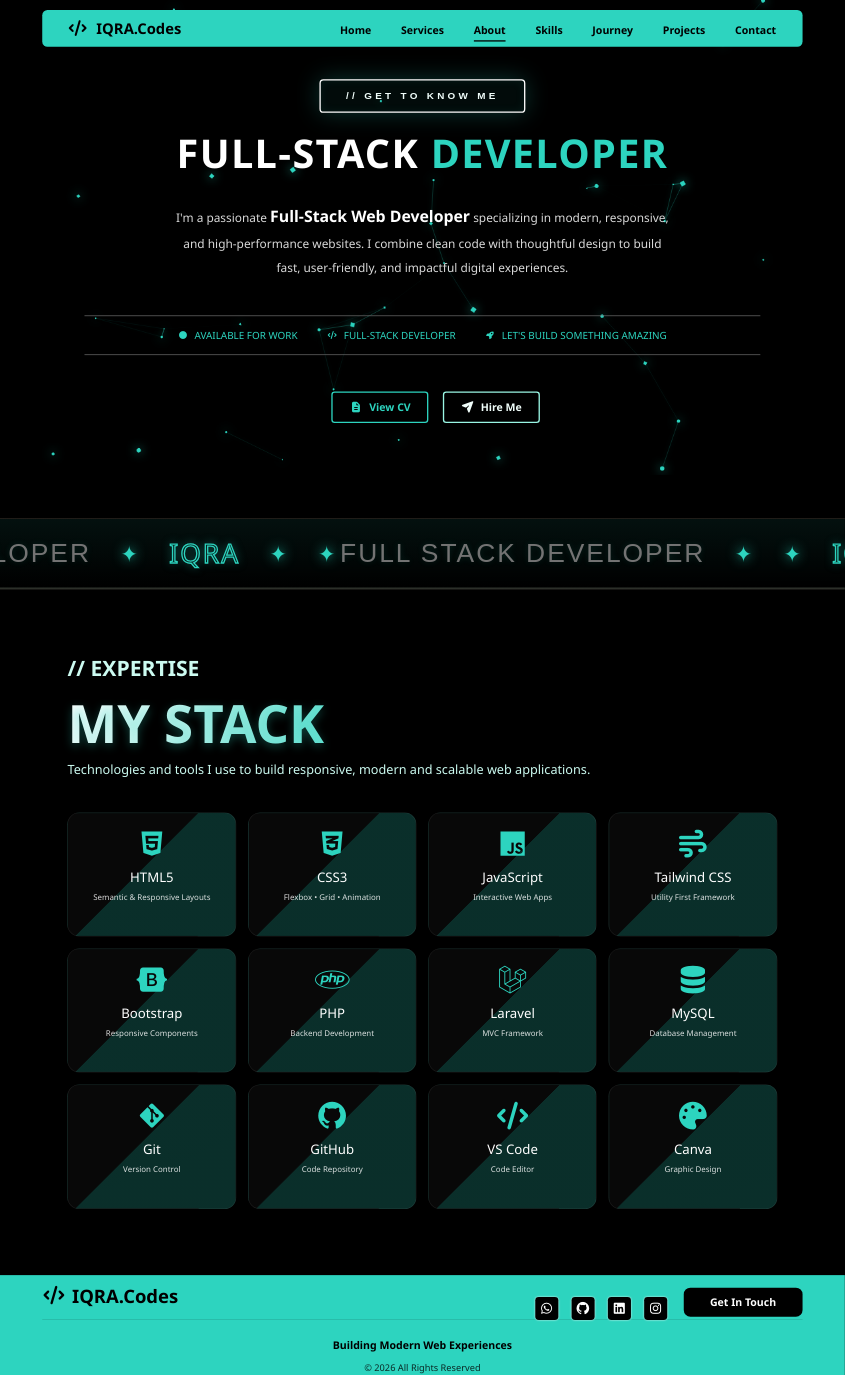
Repository: Iqra-Codes-Dev/responsive-portfolio-website
Page: about.html
The author's editor kept a copy of each file at every save. The page is drawn from the files as they stood at one save, then again after the next save.
The browser window is 1280 px wide. The pictures show the whole page, at 66% of full size.
Some web libraries are served in a nearby version.

Above is the page before, as saved 2026-08-03 00:41:05.
Console error: ReferenceError: emailjs is not defined

### about.html
<!doctype html>
<html lang="en">
  <head>
    <!-- ========================================== -->
    <!--          METADATA & STYLESHEETS            -->
    <!-- ========================================== -->
    <meta charset="UTF-8" />
    <meta name="viewport" content="width=device-width, initial-scale=1.0" />
    <link
      rel="stylesheet"
      href="https://cdnjs.cloudflare.com/ajax/libs/font-awesome/7.0.1/css/all.min.css"
    />
    <link href="https://unpkg.com/aos@2.3.1/dist/aos.css" rel="stylesheet" />
    <link
      rel="stylesheet"
      href="https://cdnjs.cloudflare.com/ajax/libs/font-awesome/7.0.1/css/all.min.css"
    />
    <link
      href="https://cdn.jsdelivr.net/npm/bootstrap@5.3.3/dist/css/bootstrap.min.css"
      rel="stylesheet"
    />
    <link rel="stylesheet" href="style.css" />
    <title>Hafiza Iqra — Full-Stack Web Developer</title>
  <link rel="icon" type="image/png" href="assest/download.png">
  </head>
  <body>
    <!-- ========================================== -->
    <!--          BACKGROUND CANVAS & NAVBAR        -->
    <!-- ========================================== -->
    <canvas id="networkCanvas"></canvas>
    <div id="navbar"></div>

    <!-- ========================================== -->
    <!--               HEADER SECTION               -->
    <!-- ========================================== -->
    <header data-aos="fade-down" data-aos-duration="700" data-aos-delay="200">
      <a href="index.html" class="logo">
        <i class="fas fa-code logo-icon"></i>
        <span class="logo-text">IQRA.Codes</span>
      </a>

      <div class="menu-toggle" id="mobile-menu">
        <i class="fa-solid fa-bars"></i>
      </div>

 <nav>
  <div class="close-btn" id="close-menu">
  </div>

    <ul id="nav-list">
    <li><a href="index.html">Home</a></li>
    <li><a href="index.html#services">Services</a></li>
    <li><a href="about.html" class="active">About</a></li>
    <li><a href="about.html#skills">Skills</a></li>
    <li><a href="journey.html">Journey</a></li>
    <li><a href="journey.html#projects">Projects</a></li>
    <li><a href="contact.html">Contact</a></li>
  </ul>

</nav>
    </header>
<!-- // ===============navbar ===================== -->
 <script>
   const mobileMenu = document.getElementById('mobile-menu');
const menuIcon = mobileMenu.querySelector('i');
const nav = document.querySelector('nav');
const navLinks = document.querySelectorAll('nav ul li a');

mobileMenu.addEventListener('click', () => {
    nav.classList.toggle('active');

    if (nav.classList.contains('active')) {
        menuIcon.classList.remove('fa-bars');
        menuIcon.classList.add('fa-xmark');
    } else {
        menuIcon.classList.remove('fa-xmark');
        menuIcon.classList.add('fa-bars');
    }
});

navLinks.forEach(link => {
    link.addEventListener('click', () => {
        nav.classList.remove('active');
        menuIcon.classList.remove('fa-xmark');
        menuIcon.classList.add('fa-bars');
    });
});
 </script>

   <!-- ========================================== -->
<!--                ABOUT SECTION               -->
<!-- ========================================== -->

<section class="about-section" id="about">

    <div class="section-tag"
        data-aos="fade-down"
        data-aos-duration="800">
        // GET TO KNOW ME
    </div>

    <div class="header-container"
        data-aos="fade-up"
        data-aos-duration="900">

        <h2 class="about-title">
            FULL-STACK <span>DEVELOPER</span>
        </h2>

    </div>

    <p class="about-text"
        data-aos="fade-up"
        data-aos-duration="1000">

I'm a passionate <strong>Full-Stack Web Developer</strong> specializing in modern, responsive, and high-performance websites. I combine clean code with thoughtful design to build fast, user-friendly, and impactful digital experiences.

    </p>

    <div class="status-bar">

        <span>
            <i class="fas fa-circle"></i>
            AVAILABLE FOR WORK
        </span>

        <span>
            <i class="fas fa-code"></i>
            FULL-STACK DEVELOPER
        </span>

        <span>
            <i class="fas fa-rocket"></i>
            LET'S BUILD SOMETHING AMAZING
        </span>

    </div>

    <div class="cta-buttons cl">

        <a href="assest/Iqra Resume (1).pdf" class="btn btn-primary1" target="_blank">
            <i class="fas fa-file-alt"></i>
            View CV
        </a>

        <a href="contact.html" class="btn btn-secondary1">
            <i class="fas fa-paper-plane"></i>
            Hire Me
        </a>

    </div>

</section>
</section>
   <!-- ========================================== -->
    <!--               TICKER BANNER                -->
    <!-- ========================================== -->
     <br>
 <div class="ticker-container">
  <div class="ticker-wrapper">
    <div class="ticker-item">
      FULL STACK DEVELOPER <span class="diamond">✦</span> <span class="diamond">✦</span> <span class="name">IQRA</span> <span class="diamond">✦</span>
      FULL STACK DEVELOPER <span class="diamond">✦</span> <span class="name">IQRA</span> <span class="diamond">✦</span> <span class="diamond">✦</span>
    </div>
    <div class="ticker-item">
      FULL STACK DEVELOPER <span class="diamond">✦</span> <span class="diamond">✦</span> <span class="name">IQRA</span> <span class="diamond">✦</span>
      FULL STACK DEVELOPER <span class="diamond">✦</span> <span class="name">IQRA</span> <span class="diamond">✦</span> <span class="diamond">✦</span>
    </div>
  </div>
</div>
    <!-- ========================================== -->
    <!--               SKILLS SECTION               -->
    <!-- ========================================== -->
    <section class="skills-section" id="skills">
      <div class="header-side" data-aos="fade-right"
          data-aos-duration="300"
          data-aos-delay="200">
        <h2 class="orange-text">// EXPERTISE</h2>
        <h1>MY  <span class="orange-text"> STACK</span></h1>
        <p> Technologies and tools I use to build responsive, modern and scalable web applications.</p>
      </div>

      <div class="skills-grid">
        <!-- HTML -->
        <div class="skill-card">
            <i class="fab fa-html5"></i>
            <h3>HTML5</h3>
            <p>Semantic & Responsive Layouts</p>
        </div>

        <!-- CSS -->
        <div class="skill-card">
            <i class="fab fa-css3-alt"></i>
            <h3>CSS3</h3>
            <p>Flexbox • Grid • Animation</p>
        </div>

        <!-- JavaScript -->
        <div class="skill-card"">
            <i class="fa-brands fa-js"></i>
            <h3>JavaScript</h3>
            <p>Interactive Web Apps</p>
        </div>

        <!-- Tailwind -->
        <div class="skill-card">
            <i class="fas fa-wind"></i>
            <h3>Tailwind CSS</h3>
            <p>Utility First Framework</p>
        </div>

        <!-- Bootstrap -->
        <div class="skill-card">
            <i class="fab fa-bootstrap"></i>
            <h3>Bootstrap</h3>
            <p>Responsive Components</p>
        </div>

        <!-- PHP -->
        <div class="skill-card">
            <i class="fab fa-php"></i>
            <h3>PHP</h3>
            <p>Backend Development</p>
        </div>

        <!-- Laravel -->
        <div class="skill-card">
            <i class="fab fa-laravel"></i>
            <h3>Laravel</h3>
            <p>MVC Framework</p>
        </div>

        <!-- MySQL -->
        <div class="skill-card">
            <i class="fas fa-database"></i>
            <h3>MySQL</h3>
            <p>Database Management</p>
        </div>

        <!-- Git -->
        <div class="skill-card">
            <i class="fab fa-git-alt"></i>
            <h3>Git</h3>
            <p>Version Control</p>
        </div>

        <!-- GitHub -->
        <div class="skill-card">
            <i class="fab fa-github"></i>
            <h3>GitHub</h3>
            <p>Code Repository</p>
        </div>

        <!-- VS Code -->
        <div class="skill-card">
            <i class="fas fa-code"></i>
            <h3>VS Code</h3>
            <p>Code Editor</p>
        </div>

        <!-- Canva -->
        <div class="skill-card">
            <i class="fas fa-palette"></i>
            <h3>Canva</h3>
            <p>Graphic Design</p>
        </div>
      </div>
    </section>

    <!-- ========================================== -->
    <!--               FOOTER SECTION               -->
    <!-- ========================================== -->
  <footer class="footer">

    <div class="footer-top">

        <a href="#" class="footer-logo">
            <i class="fas fa-code"></i>
            <span>IQRA.Codes</span>
        </a>

        <div class="footer-right">

            <div class="social-icon sco">

         <a href="https://web.whatsapp.com/send?phone=923047898384&text=Hello%20Hafiza%20Iqra,%20I%20visited%20your%20portfolio%20and%20would%20like%20to%20discuss%20a%20web%20development%20project." target="_blank" rel="noopener noreferrer">
    <i class="fa-brands fa-whatsapp"></i>
</a>
            <a href="https://github.com/Iqra-Codes-Dev" target="_blank"><i class="fab fa-github"></i></a>
            <a href="https://www.linkedin.com/in/iqra-shafiq-226538415/" target="_blank"><i class="fab fa-linkedin"></i></a>
            <a href="https://www.instagram.com/hafi.za526" target="_blank"><i class="fab fa-instagram"></i></a>

       </div>
             <a href="contact.html" class="hire-btn">Get In Touch</a>

        </div>

    </div>

   <div class="footer-center">



    <p>Building Modern Web Experiences</p>

    <span>© 2026 All Rights Reserved</span>

</div>

</footer>
    <!-- ========================================== -->
    <!--            SCRIPTS & INITIALIZATION        -->
    <!-- ========================================== -->

    <!-- 1. Sab se pehle EmailJS library load hogi -->
    <script src="https://cdn.jsdelivr.net/npm/@emailjs/browser@4/dist/email.min.js"></script>

    <!-- 2. Phir AOS animation library -->
    <script src="https://cdn.jsdelivr.net/npm/aos@2.3.4/dist/aos.js"></script>
   <script>
AOS.init({
    duration: 500,
    once: true,
    offset: 40
});
</script>

    <!-- 3. Aakhir mein aapka apna JavaScript code -->
    <script>
      (function () {
        emailjs.init({
          publicKey: "OnNOJI0DPhENTERJY",
        });
      })();

      function showCenterPopup(message, type) {
        const notification = document.getElementById("form-notification");
        notification.innerText = message;
        notification.className = `show ${type}`;

        // 3 seconds ke baad popup khud band ho jayega
        setTimeout(() => {
          notification.className = "";
        }, 3000);
      }

      document.addEventListener("DOMContentLoaded", function () {
        const contactForm = document.getElementById("contactForm");

        if (contactForm) {
          contactForm.addEventListener("submit", function (e) {
            e.preventDefault();

            const button = document.querySelector(".contact-submit");
            button.innerHTML = "Sending...";

            const templateParams = {
              name: document.getElementById("name").value,
              email: document.getElementById("email").value,
              location: document.getElementById("location").value,
              subject: document.getElementById("subject").value,
              message: document.getElementById("message").value,
            };

            emailjs
              .send("service_6pl0hm6", "template_5o2vfal", templateParams)
              .then(function (response) {
                console.log("SUCCESS", response);
                showCenterPopup("✅ Message Sent Successfully!", "success");
                contactForm.reset();
                button.innerHTML = `
                      Send Message
                      <i class="fa-solid fa-arrow-right"></i>
                  `;
              })
              .catch(function (error) {
                console.log("EmailJS Error:", error);
                showCenterPopup("❌ Message Failed. Try again!", "error");
                button.innerHTML = `
                      Send Message
                      <i class="fa-solid fa-arrow-right"></i>
                  `;
              });
          });
        }
      });
    </script>

    <!-- Agar aapka baaki code 'lec.js' mein hai, toh wo yahan aayega (agar upar wala code inline kar diya hai toh lec.js ki zaroorat nahi) -->
    <script src="lec.js"></script>
  </body>
</html>

Loaded but not shown: lec.js (557 lines, source omitted); style.css (2858 lines, source omitted)

After the next save:
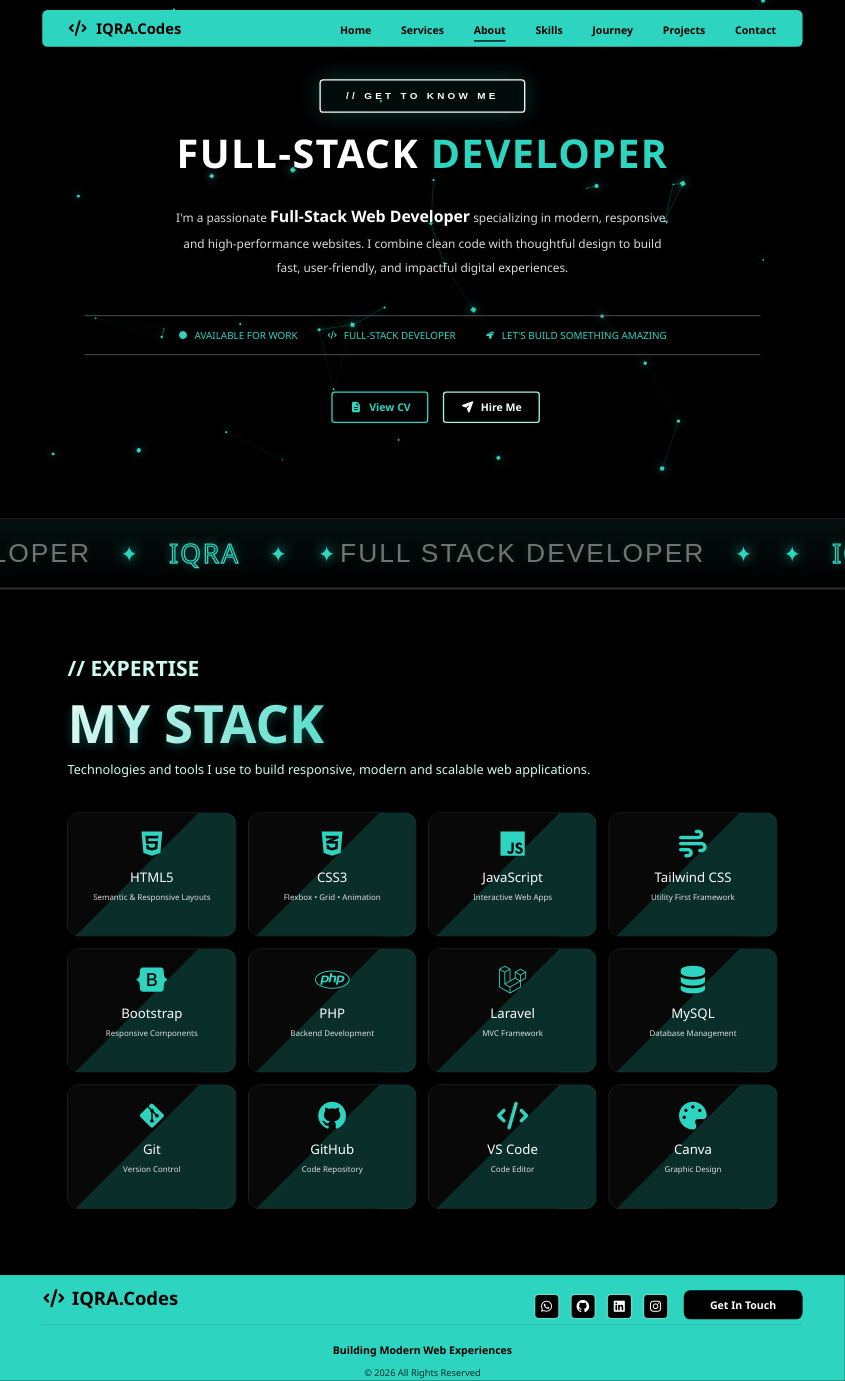
Saved 10 s later.
--- a/about.html
+++ b/about.html
@@ -281,9 +281,12 @@ I'm a passionate <strong>Full-Stack Web Developer</strong> specializing in moder
 
         <div class="footer-right">
 
-            <div class="social-icon sco">
-
-         <a href="https://web.whatsapp.com/send?phone=923047898384&text=Hello%20Hafiza%20Iqra,%20I%20visited%20your%20portfolio%20and%20would%20like%20to%20discuss%20a%20web%20development%20project." target="_blank" rel="noopener noreferrer">
+            <div class="social-icon soc">
+
+    <a href="https://wa.me/923047898384?text=Hello%20Hafiza%20Iqra!%20I%20visited%20your%20portfolio%20and%20would%20like%20to%20discuss%20a%20web%20development%20project."
+   target="_blank"
+   rel="noopener noreferrer"
+   aria-label="Chat on WhatsApp">
     <i class="fa-brands fa-whatsapp"></i>
 </a>
             <a href="https://github.com/Iqra-Codes-Dev" target="_blank"><i class="fab fa-github"></i></a>
